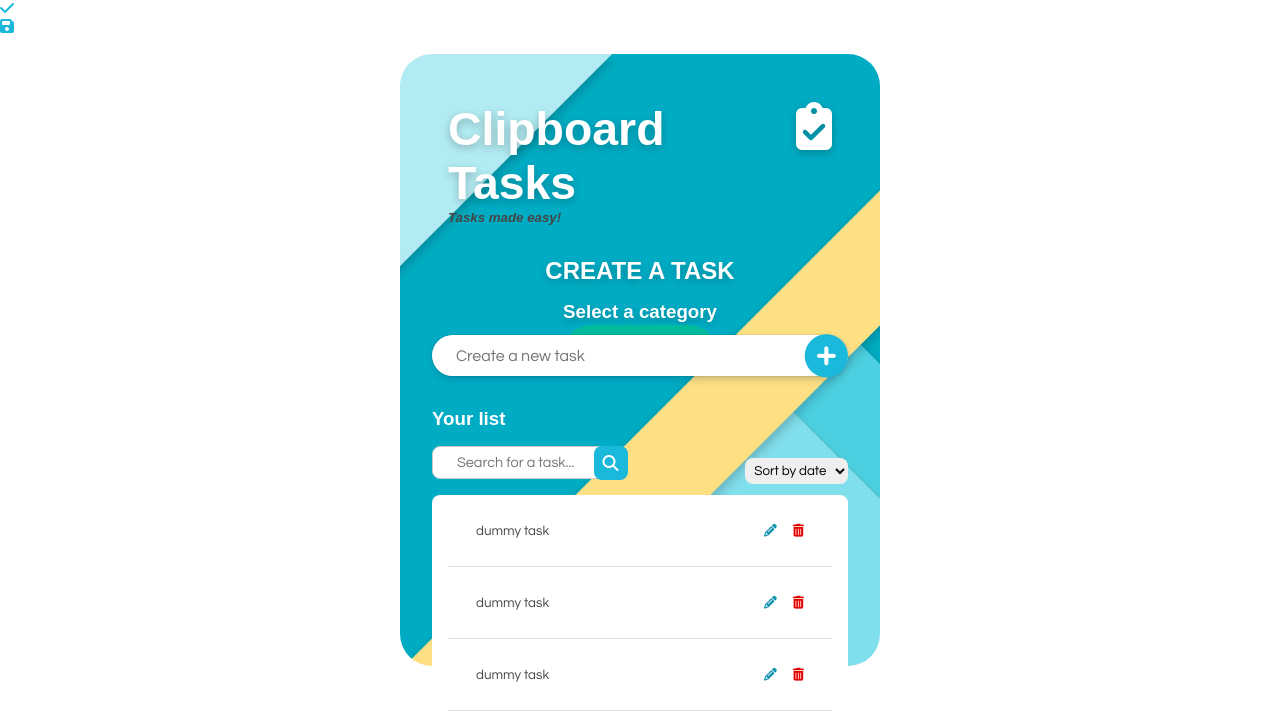
Repository: WesleyErasmus/Todo-App
Page: todoApp.html
An editor plug-in stored every save of this project. The page is shown before and after the next save, followed by the edit.
The browser window is 1280 px wide. The pictures show the whole page.
Some web fonts or font styles are not loaded; a fallback is used. Some web libraries are served in a nearby version.

Above is the page before, as saved 2022-06-12 16:58:33.

After the next save:
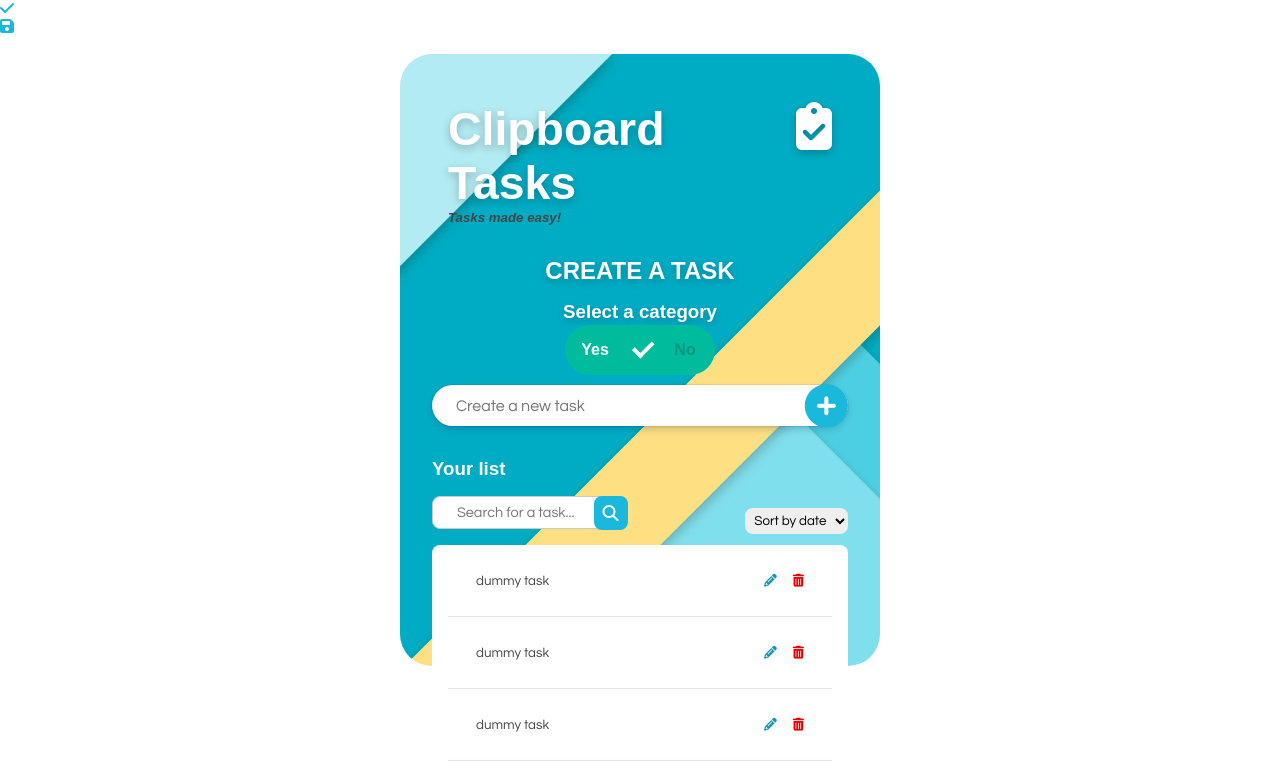
Saved 7 s later.
--- a/source/css/todoApp.css
+++ b/source/css/todoApp.css
@@ -147,7 +147,7 @@ label {
 }
 
 #create-task {
-    top: 50px;
+    margin-top: 50px;
     font-family: 'Questrial', sans-serif;
 	display: block;
 	width: 100%;
